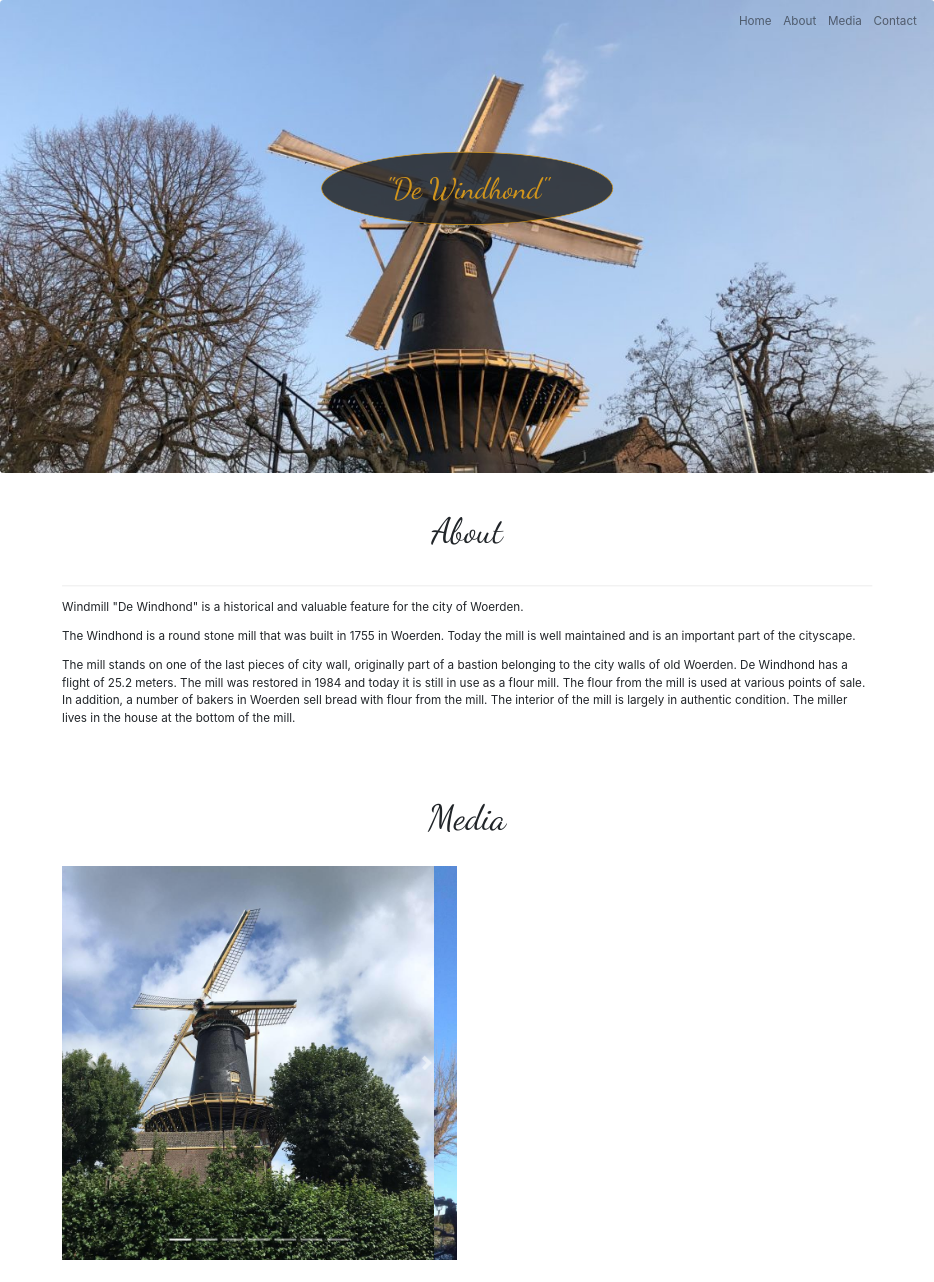
Repository: jdl208/DeWindhond
Page: index.html
The author's editor kept a record of every edit. The page is drawn from the files as they stood at one moment, then again after the next edit.
The browser window is 1280 px wide. The pictures show the whole page, at 73% of full size.
Pictures or frames that could not be fetched are drawn as grey boxes. Some web libraries are served in a nearby version.

Above is the page before.

### index.html
<!DOCTYPE html>
<html lang="en">

<head>
    <meta charset="UTF-8">
    <meta name="viewport" content="width=device-width, initial-scale=1.0">
    <meta http-equiv="X-UA-Compatible" content="ie=edge">
    <title>Windmill "De Windhond"</title>
    <link rel="stylesheet" href="https://stackpath.bootstrapcdn.com/bootstrap/4.3.1/css/bootstrap.min.css" integrity="sha384-ggOyR0iXCbMQv3Xipma34MD+dH/1fQ784/j6cY/iJTQUOhcWr7x9JvoRxT2MZw1T" crossorigin="anonymous">
    <link href="https://fonts.googleapis.com/css?family=Dancing+Script:400,700&display=swap" rel="stylesheet">
    <link rel="stylesheet" href="assets/css/style.css" type="text/css" />

</head>

<body>

    <!-- Header and Navigation-->

    <header class="jumbotron" id="home">
        <nav class="navbar fixed-top navbar-expand-lg navbar-light">
            <div class="navbar-brand" href="#"></div>
            <button class="navbar-toggler" type="button" data-toggle="collapse" data-target="#navbarTogglerDemo02" aria-controls="navbarTogglerDemo02" aria-expanded="false" aria-label="Toggle navigation">
                <span class="navbar-toggler-icon"></span>
            </button>

            <div class="collapse navbar-collapse" id="navbarTogglerDemo02">
                <ul class="navbar-nav ml-auto mt-2 mt-lg-0">
                    <li class="nav-item ml-auto">
                        <a class="nav-link" href="#home">Home <span class="sr-only">(current)</span></a>
                    </li>
                    <li class="nav-item ml-auto">
                        <a class="nav-link" href="#about">About</a>
                    </li>
                    <li class="nav-item ml-auto">
                        <a class="nav-link" href="#media">Media</a>
                    </li>
                    <li class="nav-item ml-auto">
                        <a class="nav-link" href="#contact">Contact</a>
                    </li>
                </ul>
            </div>
        </nav>
        <h1 class="name">"De Windhond"
        </h1>
    </header>

    <!-- About the Mill -->

    <section class="dark-bg-yellow-letters sectioncontainer" id="about">
        <div class="container about">
            <h2>About</h2>
            <hr>
            <p>Windmill "De Windhond" is a historical and valuable feature for the city of Woerden.</P>
            <p>The Windhond is a round stone mill that was built in 1755 in Woerden. Today the mill is well maintained and is an important part of the cityscape.</p>
            <p>The mill stands on one of the last pieces of city wall, originally part of a bastion belonging to the city walls of old Woerden. De Windhond has a flight of 25.2 meters. The mill was restored in 1984 and today it is still in use as a flour
                mill. The flour from the mill is used at various points of sale. In addition, a number of bakers in Woerden sell bread with flour from the mill. The interior of the mill is largely in authentic condition. The miller lives in the house
                at the bottom of the mill.
            </p>
        </div>
    </section>

    <section id="media" class="sectioncontainer">
        <div class="container mediabox">
            <H2>Media</H2>
            <div class="row">
                <div class="col-md-6 imagebox">
                    <div id="carouselExampleIndicators" class="carousel slide mediacarroussel" data-ride="carousel">
                        <ol class="carousel-indicators">
                            <li data-target="#carouselExampleIndicators" data-slide-to="0" class="active"></li>
                            <li data-target="#carouselExampleIndicators" data-slide-to="1"></li>
                            <li data-target="#carouselExampleIndicators" data-slide-to="2"></li>
                            <li data-target="#carouselExampleIndicators" data-slide-to="3"></li>
                            <li data-target="#carouselExampleIndicators" data-slide-to="4"></li>
                            <li data-target="#carouselExampleIndicators" data-slide-to="5"></li>
                            <li data-target="#carouselExampleIndicators" data-slide-to="6"></li>
                        </ol>
                        <div class="carousel-inner">
                            <div class="carousel-item active">
                                <img src="assets/images/img1.jpg" class="d-block" alt="...">
                            </div>
                            <div class="carousel-item">
                                <img src="assets/images/img2.jpg" class="d-block" alt="...">
                            </div>
                            <div class="carousel-item">
                                <img src="assets/images/img3.jpg" class="d-block" alt="...">
                            </div>
                            <div class="carousel-item">
                                <img src="assets/images/img4.jpg" class="d-block" alt="...">
                            </div>
                            <div class="carousel-item">
                                <img src="assets/images/img5.jpg" class="d-block" alt="...">
                            </div>
                            <div class="carousel-item">
                                <img src="assets/images/img6.jpg" class="d-block" alt="...">
                            </div>
                            <div class="carousel-item">
                                <img src="assets/images/img7.jpg" class="d-block" alt="...">
                            </div>
                        </div>
                        <a class="carousel-control-prev" href="#carouselExampleIndicators" role="button" data-slide="prev">
                        <span class="carousel-control-prev-icon" aria-hidden="true"></span>
                        <span class="sr-only">Previous</span>
                    </a>
                        <a class="carousel-control-next" href="#carouselExampleIndicators" role="button" data-slide="next">
                        <span class="carousel-control-next-icon" aria-hidden="true"></span>
                        <span class="sr-only">Next</span>
                    </a>
                    </div>
                </div>
                <div class="col-md-6">
                <iframe width="560" height="315" src="https://www.youtube.com/embed/lAjF5r5rAqM" frameborder="0" allow="accelerometer; autoplay; encrypted-media; gyroscope; picture-in-picture" allowfullscreen></iframe>
            </div>
        </div>
    </section>
    <section class="contact">

    </section>
    <footer>


    </footer>

    <script src="https://code.jquery.com/jquery-3.3.1.slim.min.js" integrity="sha384-q8i/X+965DzO0rT7abK41JStQIAqVgRVzpbzo5smXKp4YfRvH+8abtTE1Pi6jizo" crossorigin="anonymous"></script>
    <script src="https://cdnjs.cloudflare.com/ajax/libs/popper.js/1.14.7/umd/popper.min.js" integrity="sha384-UO2eT0CpHqdSJQ6hJty5KVphtPhzWj9WO1clHTMGa3JDZwrnQq4sF86dIHNDz0W1" crossorigin="anonymous"></script>
    <script src="https://stackpath.bootstrapcdn.com/bootstrap/4.3.1/js/bootstrap.min.js" integrity="sha384-JjSmVgyd0p3pXB1rRibZUAYoIIy6OrQ6VrjIEaFf/nJGzIxFDsf4x0xIM+B07jRM" crossorigin="anonymous"></script>
    <script src="https://kit.fontawesome.com/70761e8d6e.js"></script>

</body>

</html>

### assets/css/style.css
@import url('https://fonts.googleapis.com/css?family=Dancing+Script:400,700&display=swap');

/* ---------------------------------------------- Colors */

.dark-bg {
    color: rgb(209, 149, 28);
    background-color: rgba(29, 29, 29, 1);
}
.light-bg {
    background-color: rgb(209, 149, 28);
    color: rgb(29, 29, 29);
}
.block-divider {
    width: 75px;
    height: 5px;
    border: 0;
    border-radius: 15px;
}

.yellow-divider {
        background-color: rgb(209, 149, 28);
}

.dark-divider {
        background-color: rgb(29, 29, 29);
}

/* ---------------------------------------------- Heading */

h2,
h3 {
    font-family: "dancing script";
    text-align: center;
    font-size: 3rem;
    padding-bottom: 30px;
}

/* ---------------------------------------------- Header and navbar */

.navbar {
    background: none;
}

.navbar-light {
    color: rgba(29, 29, 29, 1);
}

.jumbotron {
    height: 90vh;
    background: url(../images/mill-outside-full.jpg);
    background-position: top;
    background-size: cover;
    background-repeat: no-repeat;
    margin-bottom: 0;
}

.name {
    color: rgb(209, 149, 28);
    background-color: rgba(29, 29, 29, 0.8);
    border: rgb(209, 149, 28) solid 1px;
    height: 100px;
    width: 400px;
    max-width: 75vw;
    padding-top: 25px;
    border-radius: 100%;
    margin: auto;
    margin-top: 20vh;
    text-align: center;
    font-family: "dancing script";
}

/* ---------------------------------------------- About */

/* ---------------------------------------------- Media */

.carousel-item {
    height: 75vh;
    background-color: rgba(29, 29, 29, 0.2);
}

.sectioncontainer {
    padding-top: 50px;
    padding-bottom: 30px;
}

.carousel-item img {
    margin: auto;
    height: 75vh;
}

After the next edit:
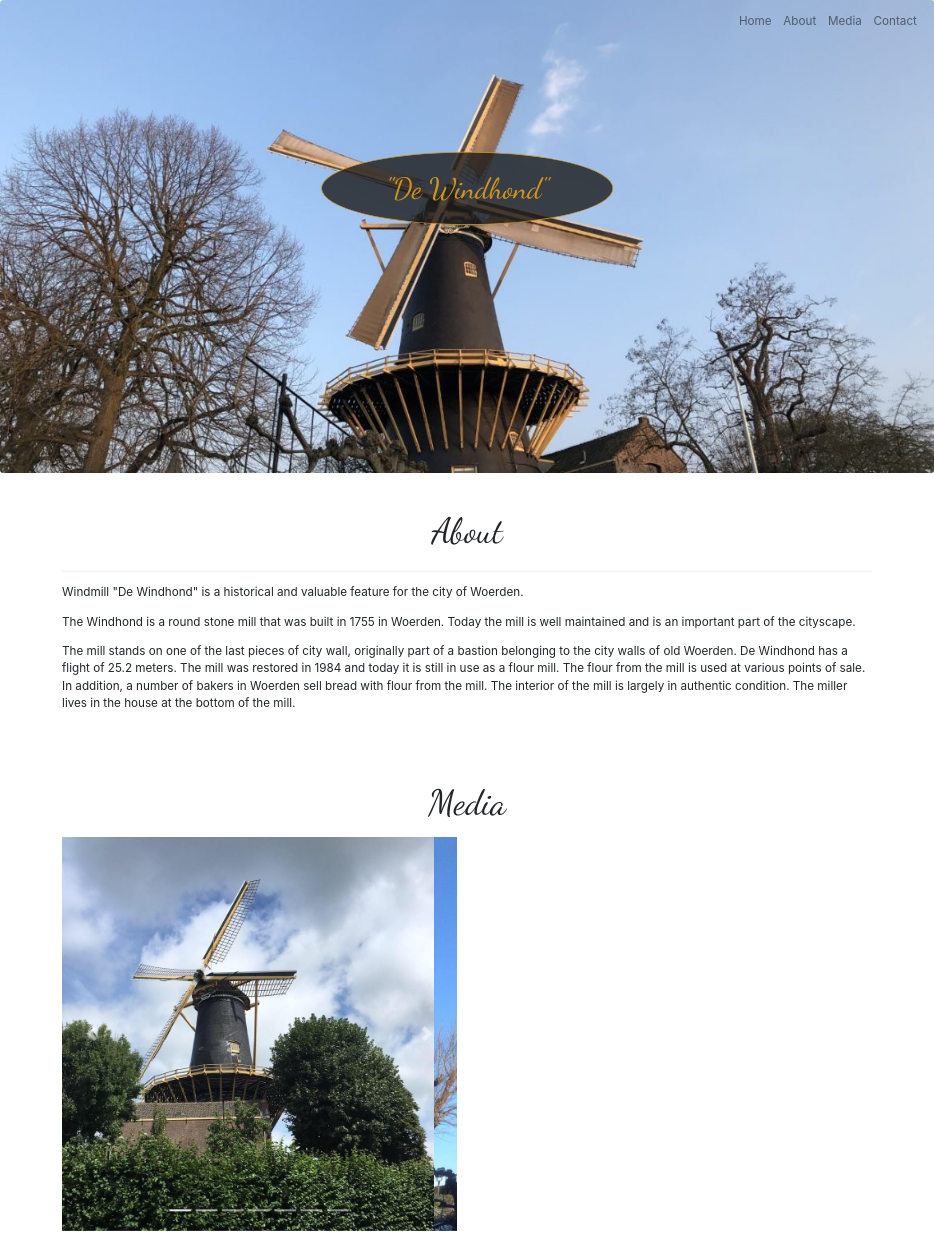
The edit:
--- a/assets/css/style.css
+++ b/assets/css/style.css
@@ -32,7 +32,7 @@
     font-family: "dancing script";
     text-align: center;
     font-size: 3rem;
-    padding-bottom: 30px;
+    padding-bottom: 10px;
 }
 
 /* ---------------------------------------------- Header and navbar */
